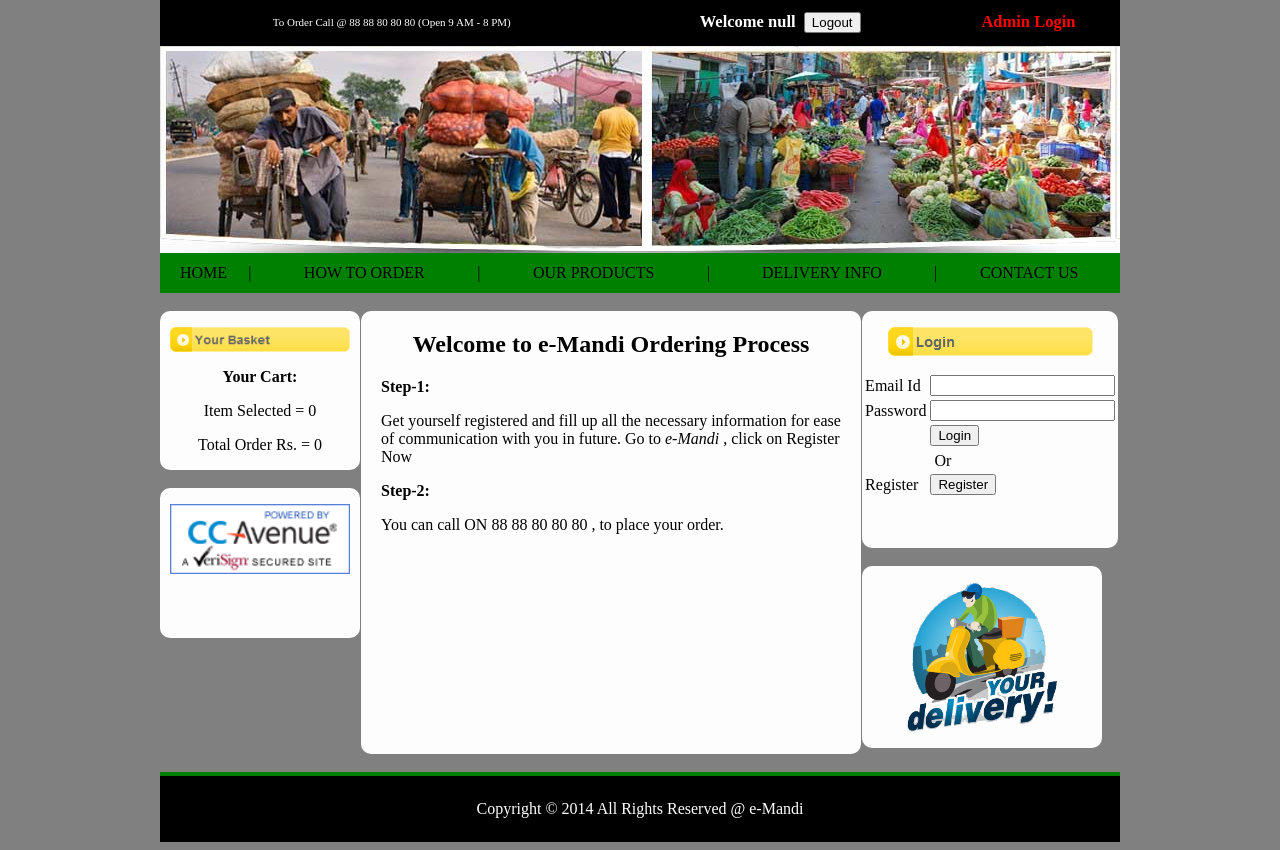
Repository: aashi12/e_mandi
Page: http://localhost/e_mandi/howToOrder11.jsp
These files come from the project's save history. The page is drawn as it stood at one moment and after the next save; the edit follows.
The browser window is 1280 px wide. The pictures show the whole page.
The page is served by Tomcat 9.

Above is the page before, as saved 2014-04-18 13:00:56.

After the next save:
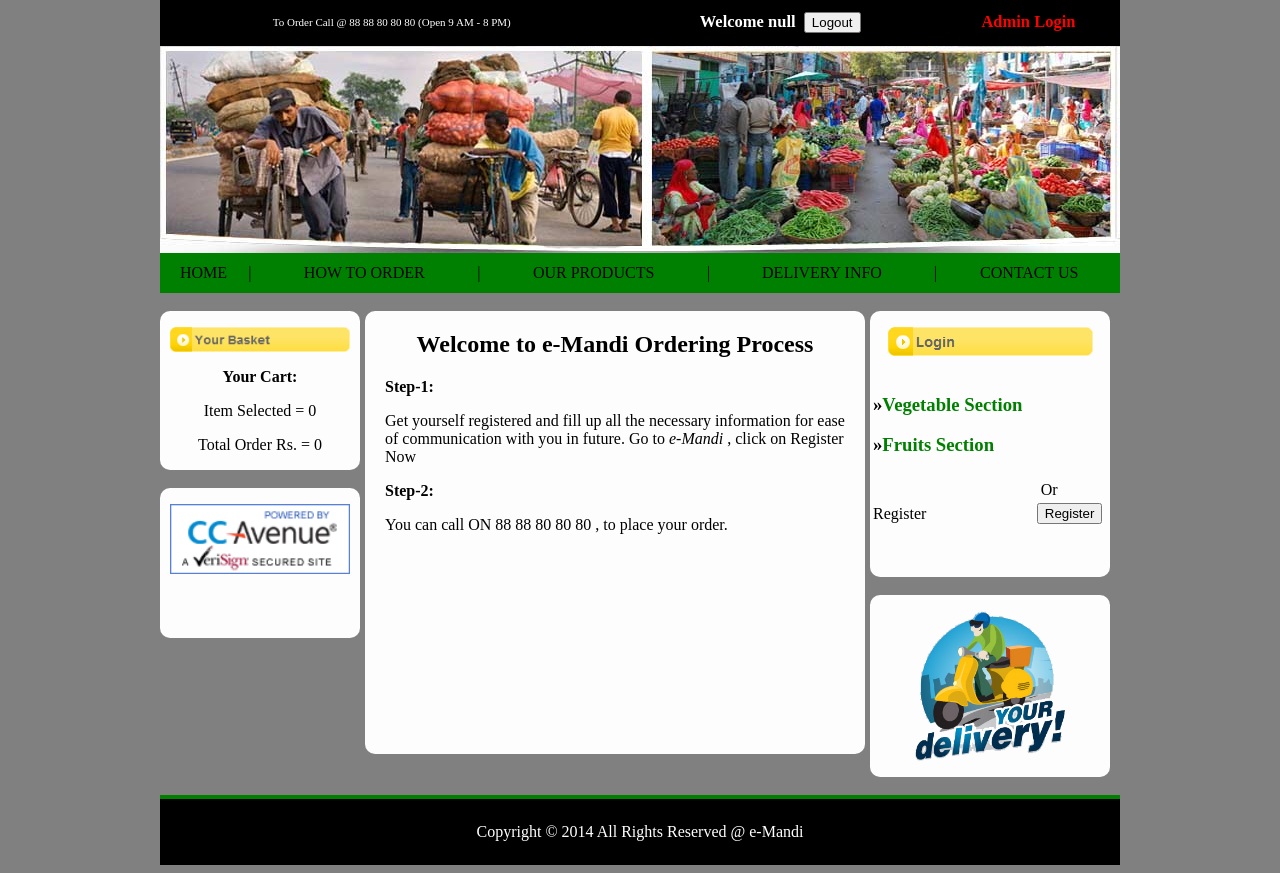
Saved 94 s later.
--- a/e_mandi/WebContent/howToOrder11.jsp
+++ b/e_mandi/WebContent/howToOrder11.jsp
@@ -115,16 +115,10 @@ with you in future. Go to <i>e-Mandi</i> , click on Register Now</p>
 <form action="Validate" method="post">
 <table width="240">
 <tr>
-<td>Email Id</td>
-<td><input type="text" name="email"></td>
-</tr>
-<tr>
-<td>Password</td>
-<td><input type="password" name="pass"></td>
-</tr>
-<tr>
-<td></td>
-<td><input type="submit" value="Login"></td>
+<td>
+<h3 class="section">&#187;<a href="vegitable.jsp">Vegetable Section</a></h3>
+<h3 class="section">&#187;<a href="fruits.jsp">Fruits Section</a></h3>
+</td>
 </tr>
 
 <tr>
